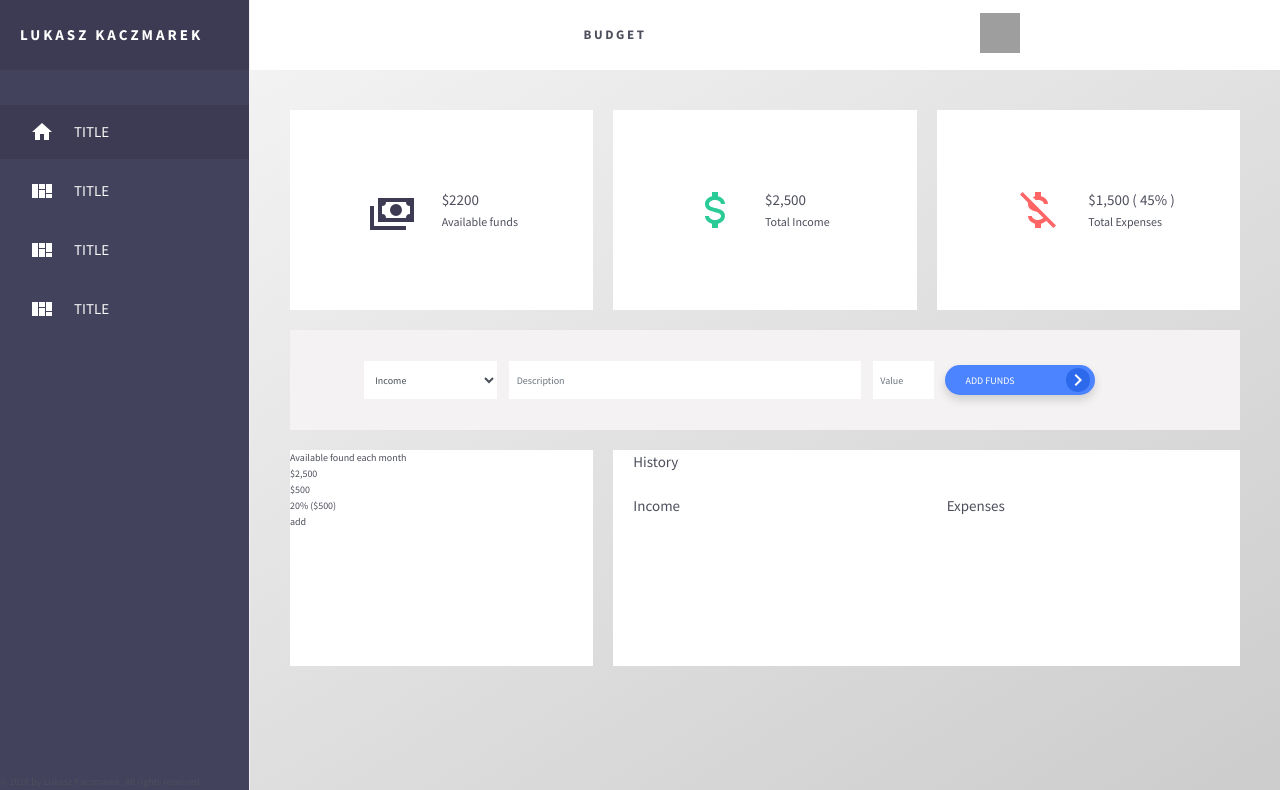
Repository: Archezi/BudgetApplication
Page: index.html
An editor plug-in stored every save of this project. The page is shown before and after the next save, followed by the edit.
The browser window is 1280 px wide. The pictures show the whole page.
Pictures or frames that could not be fetched are drawn as grey boxes. The style sheet was rebuilt from its Sass, Less or Tailwind sources for each picture, by a compiler version that may differ from the author's.

Above is the page before, as saved 2018-08-31 10:48:13.

After the next save:
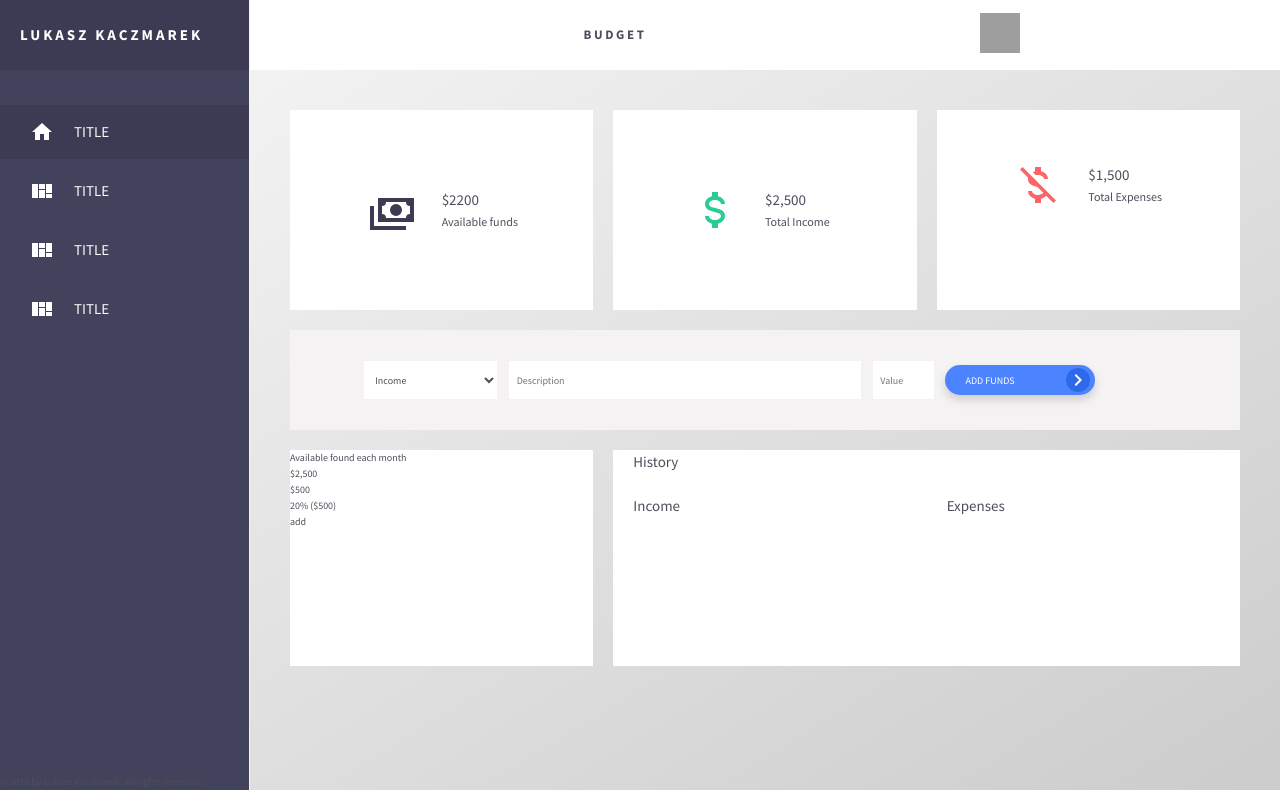
Saved 75 s later.
--- a/index.html
+++ b/index.html
@@ -96,8 +96,9 @@
                         <svg style="width:48px;height:48px" viewBox="0 0 24 24">
                             <path fill="#000000" d="M3,4.27L4.28,3L21,19.72L19.73,21L16.06,17.33C15.44,18 14.54,18.55 13.5,18.82V21H10.5V18.82C8.47,18.31 7,16.79 7,15H9C9,16.08 10.37,17 12,17C13.13,17 14.14,16.56 14.65,15.92L11.68,12.95C9.58,12.42 7,11.75 7,9C7,8.77 7,8.55 7.07,8.34L3,4.27M10.5,5.18V3H13.5V5.18C15.53,5.69 17,7.21 17,9H15C15,7.92 13.63,7 12,7C11.63,7 11.28,7.05 10.95,7.13L9.4,5.58L10.5,5.18Z" />
                         </svg>
-                        <div class="total__expenses-funds">$1,500 <span class="total__expenses-percentage">( 45% )</span></div>
+                        <div class="total__expenses-funds">$1,500 </div>
                         <div class="total__expenses-description">Total Expenses</div>
+                        <div class="total__expenses-percentage"></div>
 
 
                     </div>
